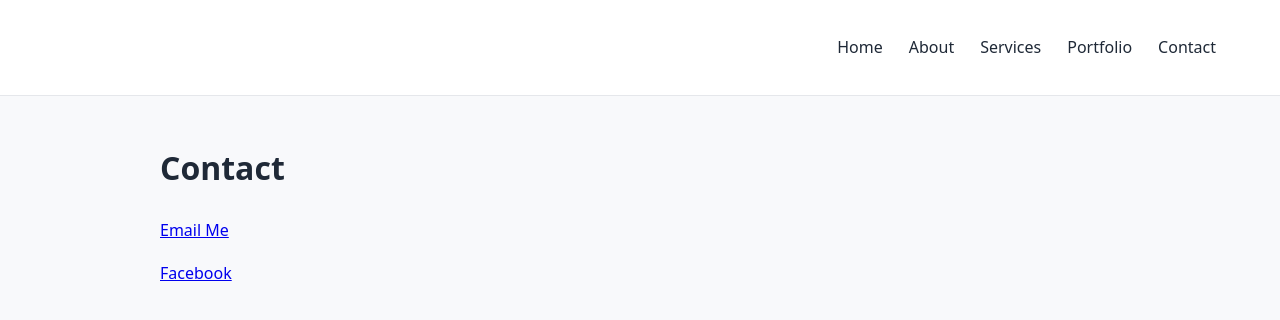
Repository: aljonvega18/Portfolio
Page: contact.html
These files come from the project's save history. The page is drawn as it stood at one moment and after the next save; the edit follows.
The browser window is 1280 px wide. The pictures show the whole page.

Above is the page before, as saved 2026-02-02 16:52:17.

After the next save:
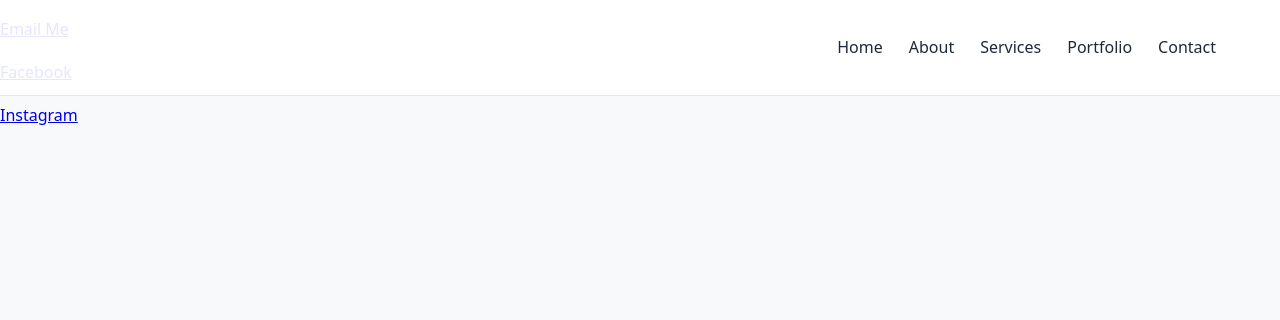
Saved 3 min 13 s later.
--- a/contact.html
+++ b/contact.html
@@ -21,10 +21,10 @@
     </div>
 </header>
 
-<main style="padding-top:120px; max-width:1000px; margin:auto; padding:120px 20px;">
-    <h1>Contact</h1>
-    <p><a href="mailto:aljonvega@example.com">Email Me</a></p>
-    <p><a href="mailto:aljonvega@example.com">Facebook</a></p>
-</main>
+<div class="contact-links">
+    <p><a class="email" href="mailto:aljonvega@example.com">Email Me</a></p>
+    <p><a class="facebook" href="#">Facebook</a></p>
+    <p><a class="instagram" href="#">Instagram</a></p>
+</div>
 </body>
 </html>
